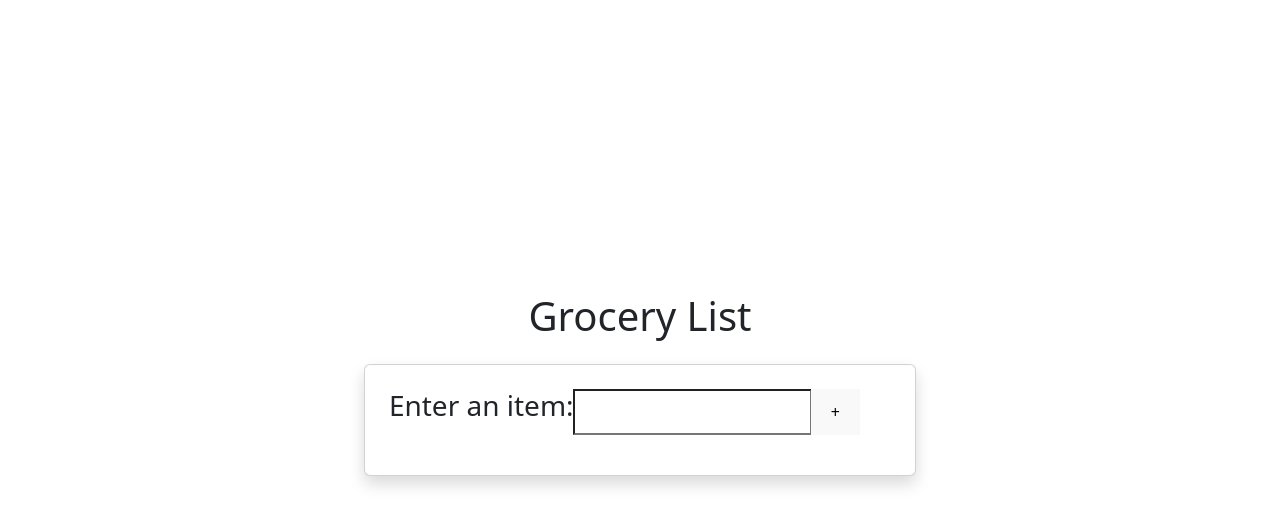
Repository: JuliaW05/CS491
Page: / (app in GroceryList/)
The author's editor kept a copy of each file at every save. The page is drawn from the files as they stood at one save, then again after a run of saves.
The browser window is 1280 px wide. The pictures show the whole page.
The project was rebuilt for these pictures with package versions that can differ from the ones it lists, and the page was loaded fresh each time. Also part of the build but not shown: GroceryList/vite.config.js.

Above is the page before, as saved 2026-03-04 23:39:54.

### GroceryList/index.html
<!doctype html>
<html lang="en">
  <head>
    <meta charset="UTF-8" />
    <link rel="icon" type="image/svg+xml" href="/vite.svg" />
    <meta name="viewport" content="width=device-width, initial-scale=1.0" />
    <title>grocery-list</title>
  </head>
  <body>
    <div id="root"></div>
    <script type="module" src="/src/main.jsx"></script>
  </body>
</html>

### GroceryList/src/App.jsx
import { useState } from "react";
import "./App.css";
import "bootstrap/dist/css/bootstrap.min.css";
import GroceryList from "./GroceryList";

function App() {
  return (
    <>
      <div className="container text-center mt-5">
        <h1 className="mb-4">Grocery List</h1>
        <GroceryList></GroceryList>
      </div>
    </>
  );
}

export default App;

### GroceryList/src/GroceryList.jsx
import "./App.css";
import { useState } from "react";

const GroceryList = () => {
  const [list, setList] = useState([]);
  const [item, setItem] = useState("");

  const addItem = () => {
    setList([...list, item]);
    setItem("");
  };

  return (
    <div className="card p-4 shadow">
      <div className="input-group mb-3">
        <h3>Enter an item:</h3>
        <input
          type="text"
          value={item}
          onChange={(e) => setItem(e.target.value)}
        />
        <button onClick={addItem}>+</button>

        <ul>
          {" "}
          {list.map((i, index) => (
            <li key={index}>{i}</li>
          ))}
        </ul>
      </div>
    </div>
  );
};

export default GroceryList;

Loaded but not shown: GroceryList/src/main.jsx (common file); GroceryList/src/index.css (common file); GroceryList/src/App.css (common file)

After the next 5 saves:
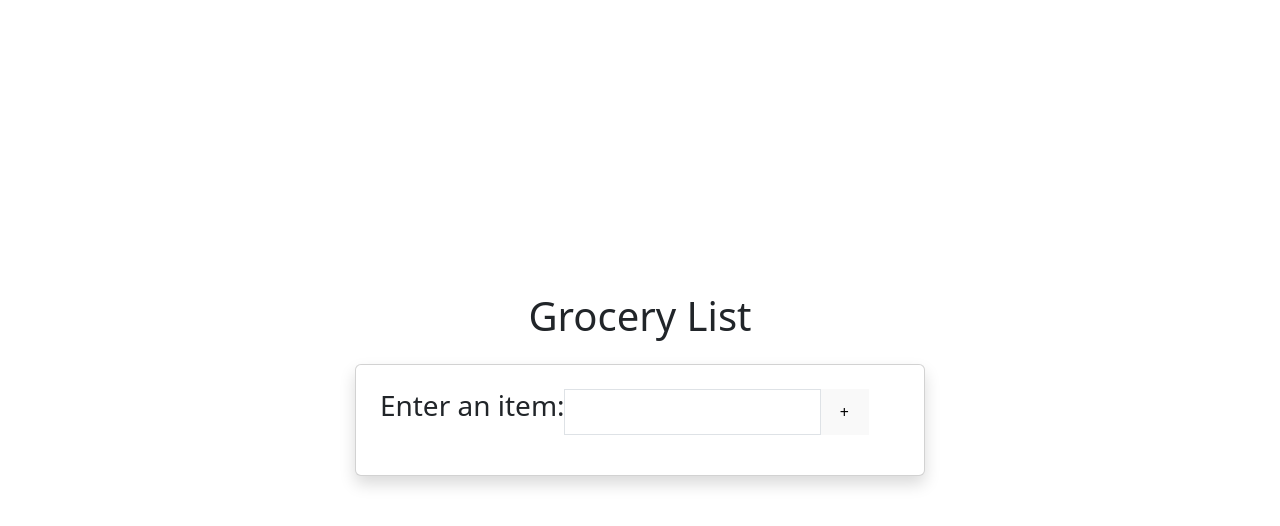
The 5 saves are shown as one change because 1 did not build or start and some came seconds apart.
The last was saved 27 s later.
--- a/GroceryList/src/GroceryList.jsx
+++ b/GroceryList/src/GroceryList.jsx
@@ -16,6 +16,7 @@ const GroceryList = () => {
         <h3>Enter an item:</h3>
         <input
           type="text"
+          className="form-control"
           value={item}
           onChange={(e) => setItem(e.target.value)}
         />
